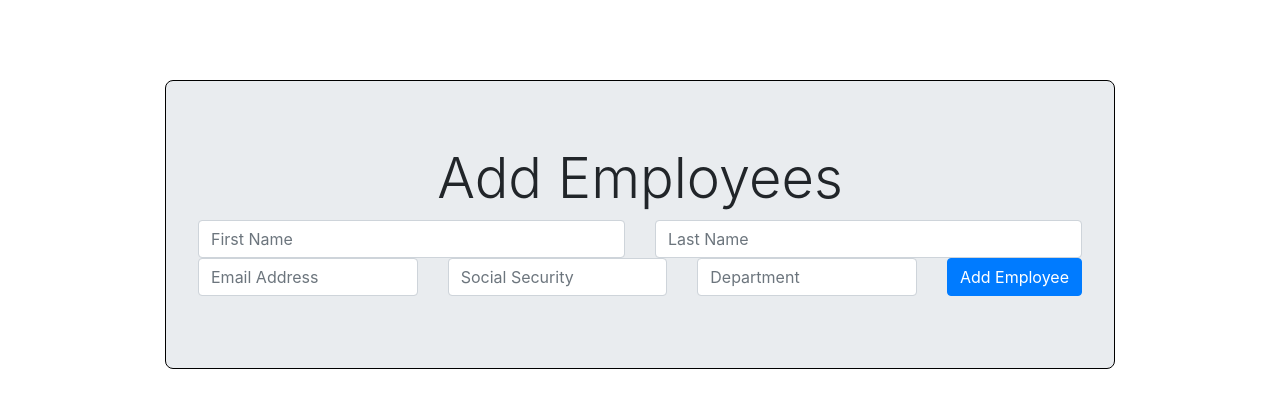
Repository: julianvanost/Week-06
Page: Day_03/FirstServer/public/index.html
These files come from the project's save history. The page is drawn as it stood at one moment and after the next save; the edit follows.
The browser window is 1280 px wide. The pictures show the whole page.
The page's requests for data from a server got no answer.

Above is the page before, as saved 2020-02-19 13:03:47.

### Day_03/FirstServer/public/index.html
<!DOCTYPE html>
<html lang="en">

<head>

  <meta charset="UTF-8">
  <meta name="viewport" content="width=device-width, initial-scale=1.0">
  <meta http-equiv="X-UA-Compatible" content="ie=edge">
  <link rel="stylesheet" href="https://stackpath.bootstrapcdn.com/bootstrap/4.4.1/css/bootstrap.min.css"
    integrity="sha384-Vkoo8x4CGsO3+Hhxv8T/Q5PaXtkKtu6ug5TOeNV6gBiFeWPGFN9MuhOf23Q9Ifjh" crossorigin="anonymous">
  <title>Submission Form</title>
  <style>
    .jumbotron {
      margin: 5rem;
      border: 1px solid #000;
      border-radius: 0.5rem;
    }
  </style>
</head>

<body>
  <div class="container">
    <div class=" jumbotron text-center">
      <h1 class="display-4">Add Employees</h1>
      <form>
        <div class="row">
          <div class="col">
            <input type="text" class="form-control" id="first_name" placeholder="First Name">
          </div>
          <div class="col">
            <input type="text" class="form-control" id="last_name" placeholder="Last Name">
          </div>
        </div>
        <div class="row">
          <div class="col">
            <input type="text" class="form-control" id="email" placeholder="Email Address">
          </div>
          <div class="col">
            <input type="text" class="form-control" id="ssn" placeholder="Social Security">
          </div>
          <div class="col">
            <input type="text" class="form-control" id="department" placeholder="Department">
          </div>
          <div class="col-auto">
            <button type="" id="addEmployee" class="btn btn-primary mb-2">Add Employee</button>
          </div>
        </div>
      </form>
      <div id="employees"></div>
    </div>
  </div>
  <script src="https://code.jquery.com/jquery-3.4.1.slim.min.js"></script>
  <script src="https://cdn.jsdelivr.net/npm/popper.js@1.16.0/dist/umd/popper.min.js"></script>
  <script src="https://stackpath.bootstrapcdn.com/bootstrap/4.4.1/js/bootstrap.min.js"></script>
  <script src="https://unpkg.com/axios/dist/axios.min.js"></script>
  <script>
    const getEmployees = () => {
      axios.get('/employees')
        .then(({
          data
        }) => {
          document.getElementById('employees').innerHTML = JSON.stringify(data)
        })
        .catch(e => console.error(e))
    }

    document.getElementById('addEmployee').addEventListener('click', event => {
      event.preventDefault()
      axios.post('/employees', {
          first_name: document.getElementById('first_name').value,
          last_name: document.getElementById('last_name').value,
          email: document.getElementById('email').value,
          ssn: document.getElementById('ssn').value,
          department: document.getElementById('department').value
        })
        .then(() => {
          getEmployees()
        })
    })

    getEmployees()
  </script>
</body>

</html>

After the next save:
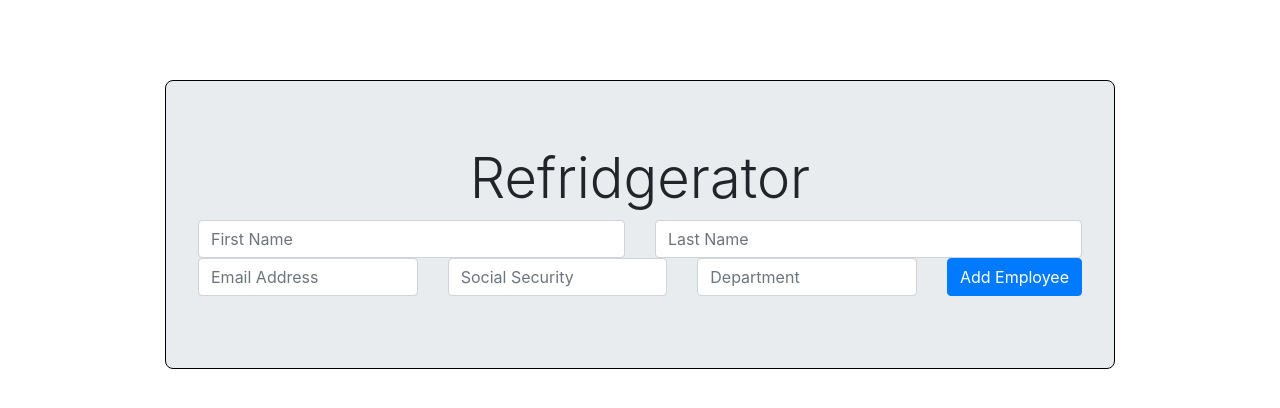
Saved 21 h 49 min later.
--- a/Day_03/FirstServer/public/index.html
+++ b/Day_03/FirstServer/public/index.html
@@ -21,7 +21,7 @@
 <body>
   <div class="container">
     <div class=" jumbotron text-center">
-      <h1 class="display-4">Add Employees</h1>
+      <h1 class="display-4">Refridgerator</h1>
       <form>
         <div class="row">
           <div class="col">
